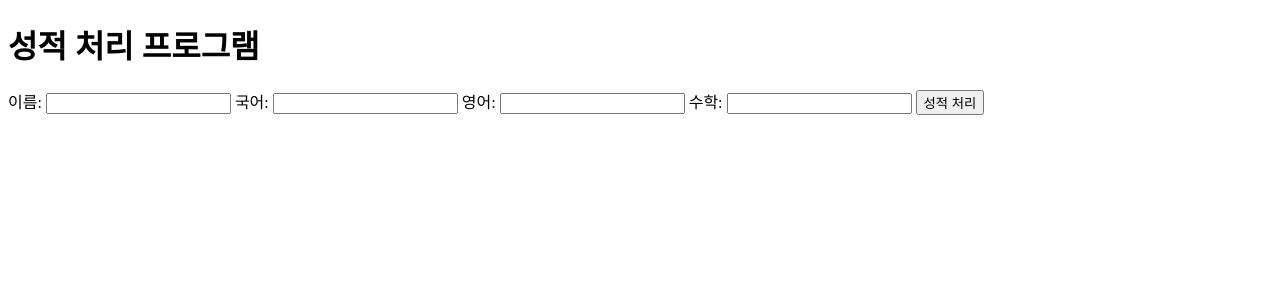
Repository: leedh909/Academy-web-
Page: 실습자료/eclipse-servlet/Jsp10_Ajax01/WebContent/student.html
An editor plug-in stored every save of this project. The page is shown before and after the next save, followed by the edit.
The browser window is 1280 px wide. The pictures show the whole page.

Above is the page before, as saved 2020-07-09 00:59:18.

After the next save:
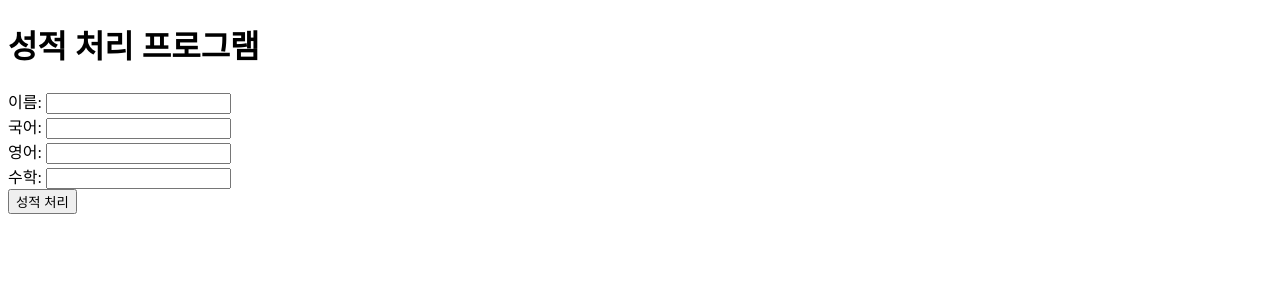
Saved 2 min 24 s later.
--- a/실습자료/eclipse-servlet/Jsp10_Ajax01/WebContent/student.html
+++ b/실습자료/eclipse-servlet/Jsp10_Ajax01/WebContent/student.html
@@ -43,10 +43,10 @@
 </head>
 <body>
 	<h1>성적 처리 프로그램</h1>
-	이름: <input type="text" id="name">
-	국어: <input type="text" id="kor">
-	영어: <input type="text" id="eng">
-	수학: <input type="text" id="math">
+	이름: <input type="text" id="name"><br>
+	국어: <input type="text" id="kor"><br>
+	영어: <input type="text" id="eng"><br>
+	수학: <input type="text" id="math"><br>
 
 	<input type="button" id="process" value="성적 처리"><br><br>
 
